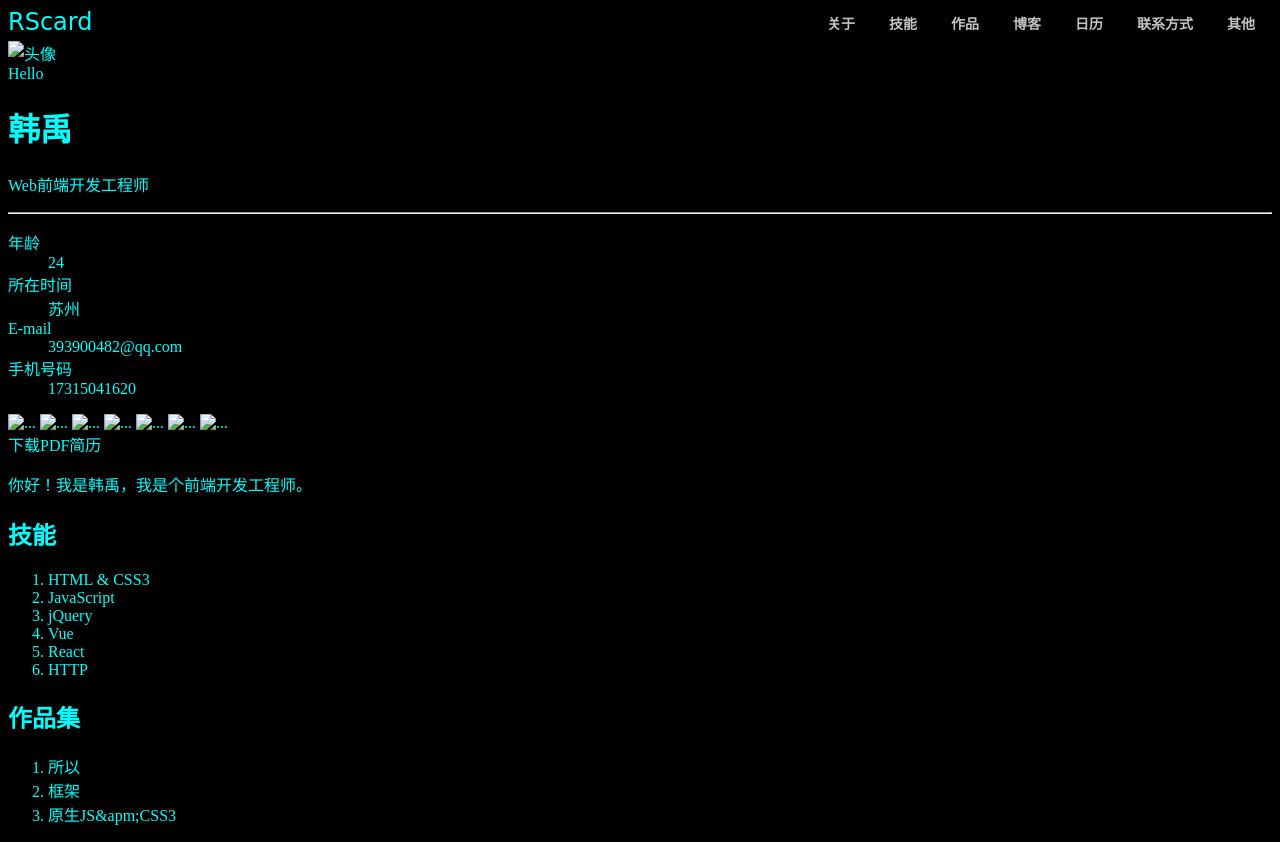
Repository: yorkHan/resume
Page: index.html
An editor plug-in stored every save of this project. The page is shown before and after a run of saves, followed by the edit.
The browser window is 1280 px wide. The pictures show the whole page.

Above is the page before, as saved 2018-04-09 15:01:56.

After the next 3 saves:
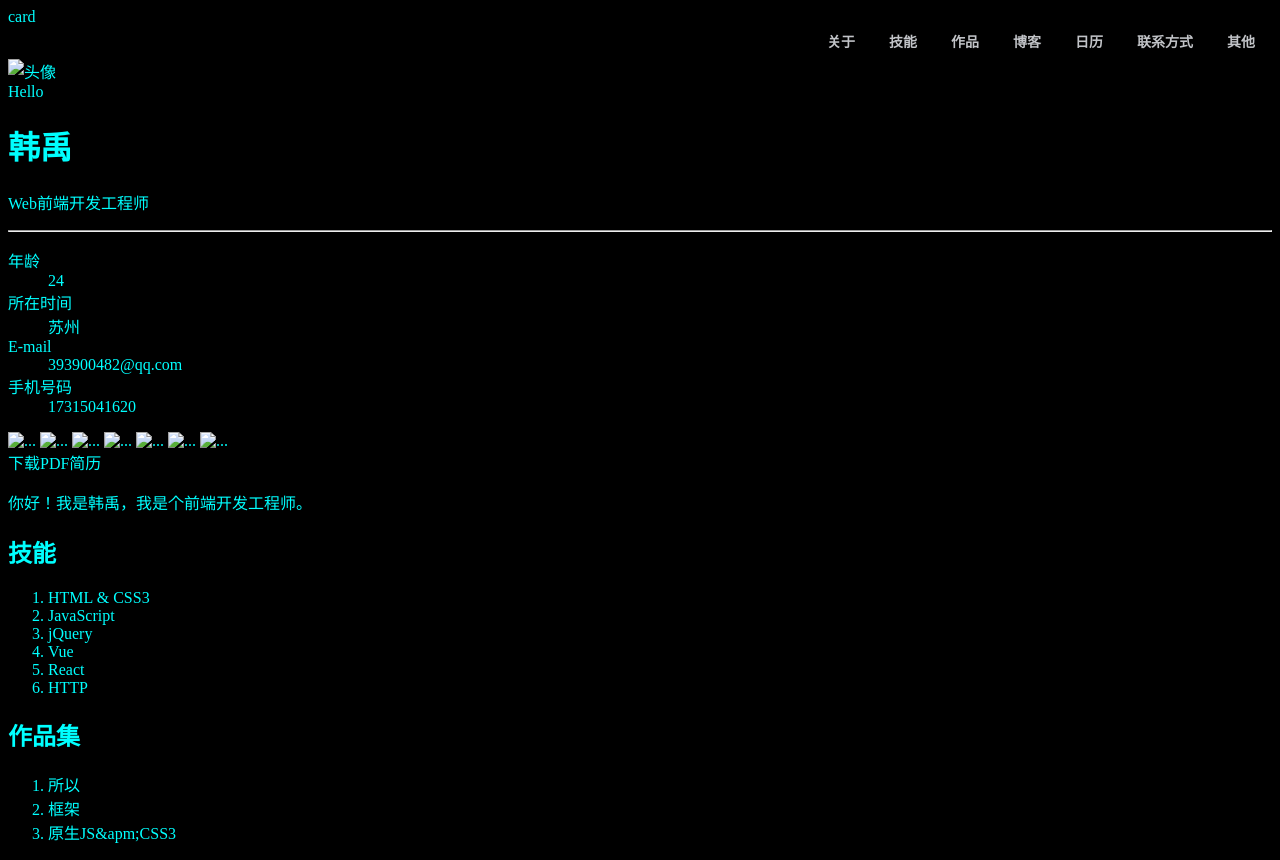
The 3 saves are shown as one change because they came seconds apart.
The last was saved 10 s later.
--- a/index.html
+++ b/index.html
@@ -9,7 +9,7 @@
 </head>
 <body>
     <div class="topNavBar clearfix">
-        <a class=“logo" href="#" alt="logo" style="float:left;
+        <a class=“logo" href="#" alt="logo" style="float:left;"></a>
             <span class=">RS</span><span class="card">card</span>
         </a>
         <nav>

After the 2 saves that followed:
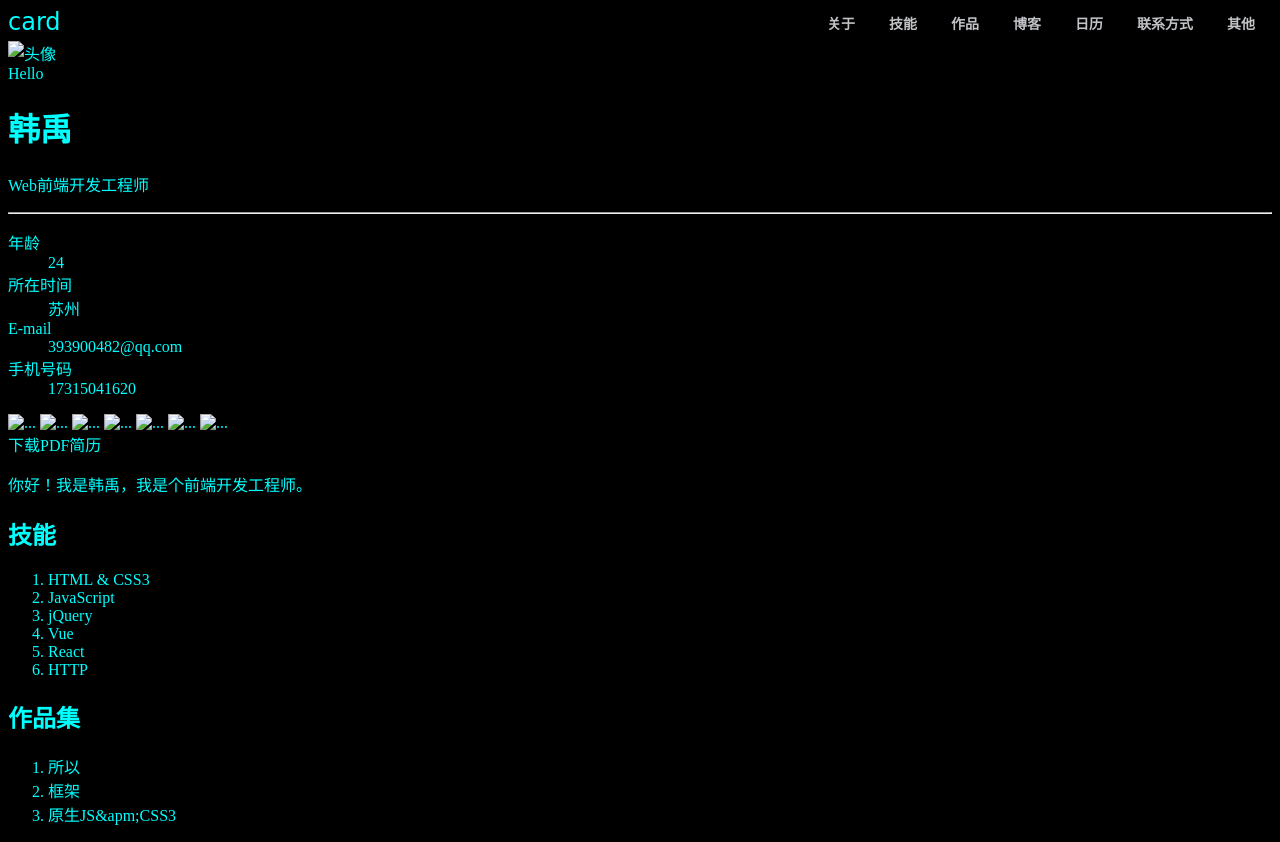
The 2 saves are shown as one change because they came seconds apart.
The last was saved 6 s later.
--- a/index.html
+++ b/index.html
@@ -9,7 +9,7 @@
 </head>
 <body>
     <div class="topNavBar clearfix">
-        <a class=“logo" href="#" alt="logo" style="float:left;"></a>
+        <a class=“logo" href="#" alt="logo" style="float:left;">
             <span class=">RS</span><span class="card">card</span>
         </a>
         <nav>
